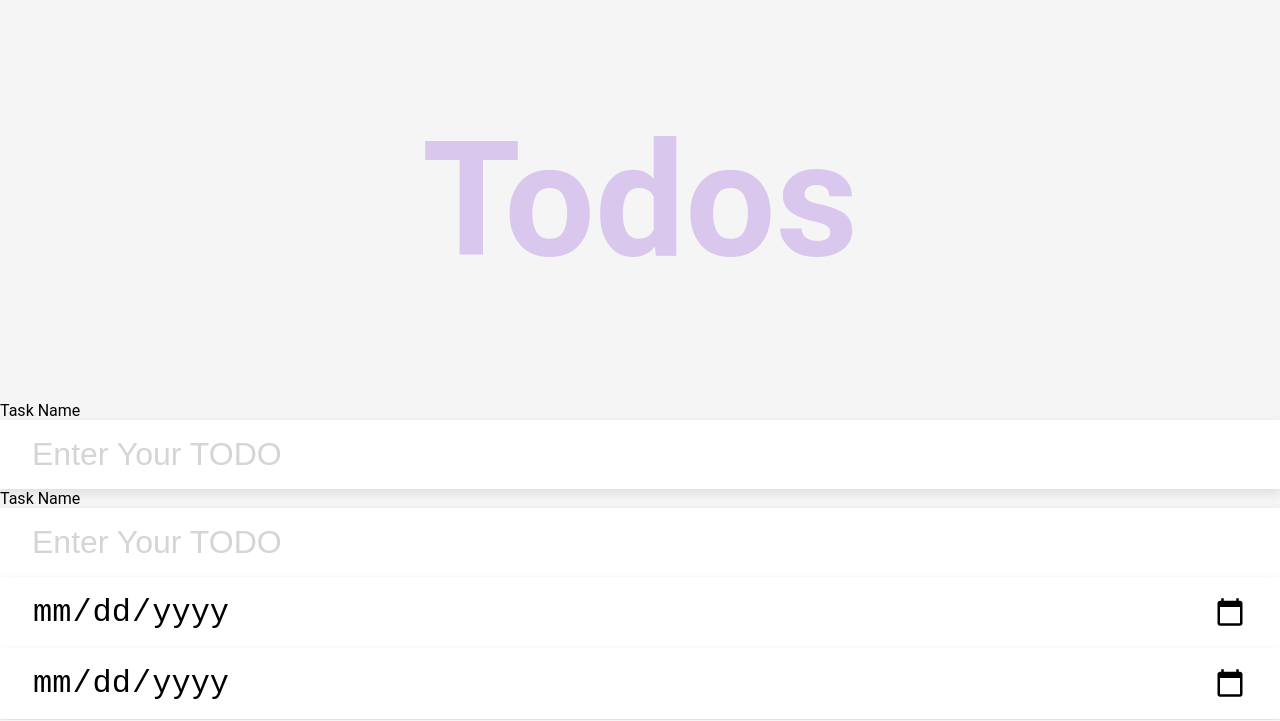
Repository: Surahailat/TypeScript
Page: Mini project 10-3/Project-TS.html
The author's editor kept a copy of each file at every save. The page is drawn from the files as they stood at one save, then again after a run of saves.
The browser window is 1280 px wide. The pictures show the whole page.

Above is the page before, as saved 2025-03-10 12:41:51.

After the next 2 saves:
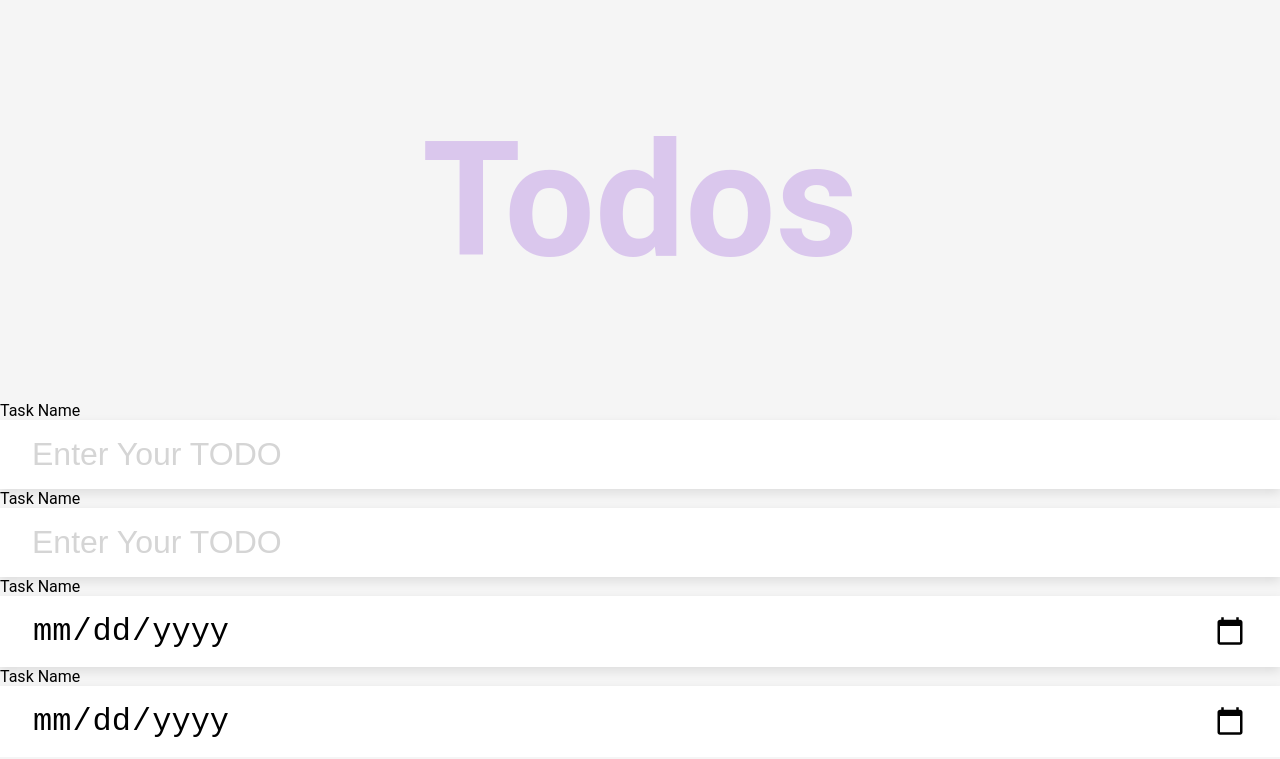
The 2 saves are shown as one change because they came seconds apart.
The last was saved 7 s later.
--- a/Mini project 10-3/Project-TS.html
+++ b/Mini project 10-3/Project-TS.html
@@ -47,7 +47,9 @@
     <input type="text" class="input" placeholder="Enter Your TODO" autocomplete="off" id="input">
     <Label>Task Name</Label>
     <input type="text" class="input" placeholder="Enter Your TODO" autocomplete="off" id="input">
+    <Label>Task Name</Label>
     <input type="date" class="input" placeholder="Enter Your TODO" autocomplete="off" id="input">
+    <Label>Task Name</Label>
     <input type="date" class="input" placeholder="Enter Your TODO" autocomplete="off" id="input">
 
 </body>
